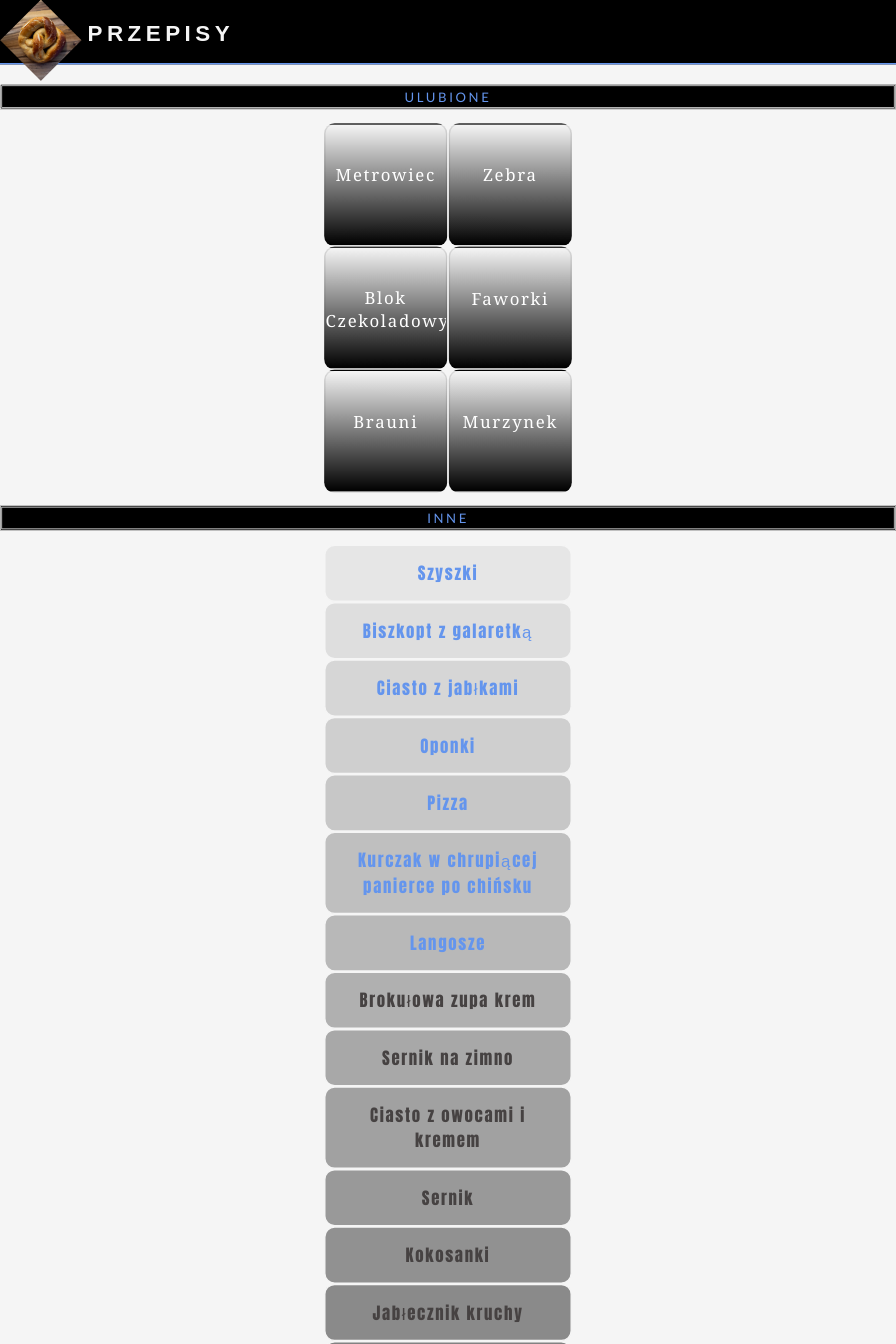
Repository: yaoayh/przepisy
Page: index.html
These files come from the project's save history. The page is drawn as it stood at one moment and after the next save; the edit follows.
The browser window is 1280 px wide. The pictures show the part of the page from y = 0 to 1920 px (the page is 3159 px tall before and 3164 px after), at 70% of full size.

Above is the page before, as saved 2020-08-14 00:28:37.

### index.html
<!DOCTYPE html>
<html>
    <head>
        <title>Przepisy</title>

        <meta charset="UTF-8">
        <meta name="viewport" content="width=device-width,
        initial-scale=1.0">
        <meta name="author" content="Dawid Litwin">

        <link rel="shortcut icon" href="images/icon.jpg">

        <link href="css/styles.css" type="text/css"
        rel="stylesheet" />
    </head>

    <body>
        <!--                HEADER                           -->
        <div id="header">
            <div class="picture">
                <a href="#top"><img src="images/precel.jpg" alt="precel"
                title="obrazek przedstawiajacy precel"
                width= "82,8" height= "82,8"></a>
            </div>
        <h1>Przepisy</h1>
        </div>


        <!--                    INFO 1                       -->

        <div class="info_Nr1">
            <h3>Ulubione</h3>
        </div>
        <!--                    SQARES                       -->

        <form class="head_Sqares">
            <!----------------------------------------------------------------------------------------------------------------------------------------------------------------------->
            <a class="m1" href="podstrony/metrowiec.html">
            <div class="sqares_Left">
                <p class="first_Choice">Metrowiec
                </p>
            </div></a>
            <a href="podstrony/Zebra.htm">
            <div class="sqares_Right">
                <p>Zebra</p>
            </div></a>
            <!---->
            <a href="podstrony/blok_Czekoladowy.html"><div class="sqares_Left">
                <p class="bigger">Blok Czekoladowy</p>
            </div></a>
            <a href="podstrony/faworki.html"><div class="sqares_Right">
                <p>Faworki</p>
            </div></a>
            <!---->
            <a href="podstrony/brauni.html"> <div class="sqares_Left">
                <p>Brauni</p>
            </div></a>
            <a href="podstrony/murzynek.html"><div class="sqares_Right">
                <p>Murzynek</p>
            </div></a>
            <!----------------------------------------------------------------------------------------------------------------------------------------------------------------------->
        </form>
        <div class="info_Nr2">
            <h3>Inne</h3>
        </div>
        <!--            CZEŚĆ DRUGA                          -->

        <form class="main2">
            <a href="podstrony/szyszki.html"><div class="n1"><p class="p1">Szyszki</p></div></a>
            <a href="podstrony/biszkopt_z_galaretką.html"><div class="n2"><p class="p1">Biszkopt z galaretką</p></div></a>
            <a href="podstrony/ciasto_z_jablkami.html"><div class="n3"><p class="p1">Ciasto z jabłkami</p></div></a>
            <a href="podstrony/oponki.html"><div class="n4"><p class="p1">Oponki</p></div></a>
            <a href="podstrony/pizza.html"><div class="n5"><p class="p1">Pizza</p></div></a>
            <a href="podstrony/kurczak_po_chinsku.html"><div class="n6"><p class="p1">Kurczak w chrupiącej panierce po chińsku</p></div></a>
            <a href="podstrony/langosze.html"><div class="n7"><p class="p1">Langosze</p></div></a>
            <a href="podstrony/brokulowa_zupa_krem.html"><div class="n8"><p class="p1_Shadow">Brokułowa zupa krem</p></div></a>
            <a href="podstrony/sernik_na_zimno.html"><div class="n9"><p class="p1_Shadow">Sernik na zimno</p></div></a>
            <a href="podstrony/ciasto_z_owocami_i_kremem.html"><div class="n10"><p class="p1_Shadow">Ciasto z owocami i kremem</p></div></a>
            <a href="podstrony/sernik.html"><div class="n11"><p class="p1_Shadow">Sernik</p></div></a>
            <a href="podstrony/kokosanki.html"><div class="n12"><p class="p1_Shadow">Kokosanki</p></div></a>
            <a href="podstrony/jablecznik_kruchy.html"><div class="n13"><p class="p1_Shadow">Jabłecznik kruchy</p></div></a>
            <a href="podstrony/ciasto_kasi.html"><div class="n14"><p class="p1_Shadow">Ciasto Kasi</p></div></a>
            <a href="podstrony/ciasto_ucierane.html"><div class="n15"><p class="p1">Ciasto ucierane z owocami</p></div></a>
            <a href="podstrony/gofry.html"><div class="n16"><p class="p1">Gofry</p></div></a>
            <a href="podstrony/brauni.html"><div class="n17"><p class="p1">Brauni Kasi</p></div></a>
            <a href="podstrony/salatka_francuska.html"><div class="n18"><p class="p1">Sałatka francuska</p></div></a>
            <a href="podstrony/botwina.html"><div class="n19"><p class="p1">Botwina</p></div></a>
            <a href="podstrony/nalewka.html"><div class="n20"><p class="p1">Nalewka</p></div></a>
            <a href="podstrony/salatka_zolta.html"><div class="n21"><p class="p1">Sałatka żółta</p></div></a>
            <a href="podstrony/ogorki_konserwowe.html"><div class="n22"><p class="p1">Ogórki konserwowe</p></div></a>
            <a href="podstrony/zacierki.html"><div class="n23"><p class="p1">Zacierki</p></div></a>
            <div class="n24"><p class="p1">Zupa serowa z pulpetami</p></div>
            <a href="podstrony/sos_beszamelowy_zapiekany.html"><div class="n25"><p class="p1">Sos beszamelowy Zapiekany</p></div></a>
            <a href="podstrony/kurczak_z_antylii.html">
                <div class="n26">
                    <p class="p1">Kurczak z Antylii</p>
                </div>
            </a>
            <br>

        </form>
        <br><br><br>

        <!--            PRAWA AUTORIESKIE                    -->

        <form class="bottom">
            <strong> <q>Precel</q>
                by <a class="a_Bottom" href="https://www.flickr.com/photos/ajay_suresh/">ajay_suresh</a>
        </strong>
        </form>


    </body>
</html>

### css/styles.css

html{overflow: scroll;}
body {
    height: auto;
	margin: 0px;
    background-color: whitesmoke;
}

/*                      Nagłówek                    */
body.body_Undersite{
    padding: 5px;
}
#header {
    top: 0px;
    width: 100%;
    height: 90px;
    position: fixed;
    background-color: black;
    border-bottom: 2px solid cornflowerblue;}

.picture{
    margin: 16px;
    float: left;
    width: 82px;
    transform: rotate(45deg);}

h1 {
    text-transform: uppercase;
    font-family: Arial, Helvetica, sans-serif;
    letter-spacing: 0.2em;
    font-style: normal;
    color: whitesmoke;
    padding: 30px 30px 30px 15px;
    margin-left: 110px;
    margin-top: 0px;}


/*                  CZESC II                    */
form.main2{
    margin: auto;
    height: auto; /*531px;*/
    width: 354px;/*354px;*/
    background-color: whitesmoke;
    padding: 5px;}
.info_Nr1, .info_Nr2{
    background-color: black;
    border: 12px 12px 12px 12px;
    border-color: white;
    border-style: double;
    text-align: center;
    margin-top: 120px;
    margin-bottom: 15px;
}

h3 {
    font-weight: normal;
    color: cornflowerblue;
    font-family: "Gill Sans", Arial, sans-serif;
    text-transform: uppercase;
    text-align: center;
    padding: 4px;
    margin: 0px;
    letter-spacing: 0.2em;}

/*                      BLOKI                   */

form.head_Sqares {
    margin: auto;
    height: 531px; /*531px;*/
    width: 354px;/*354px;*/
    background-color: whitesmoke;
    padding: 5px;}

.sqares_Left, .sqares_Right {
    text-decoration: none;
    border-radius: 15px;
    width: 172px;
    height: 172px;
    background-image: linear-gradient(whitesmoke, black);
    color: white;
    margin-top: 0px;
    overflow: auto;
    border: 2px solid rgba(0, 0, 0, .1);

}
.sqares_Left{
    float: left;
    }
/* .first_Choice{color: cornflowerblue;} */
.sqares_Right{
    float: right ;
    clear: right;}
p {

    border-radius: 5px;
    text-decoration: none;
    padding-top: 55px;
    text-align: center;
    font-family: Georgia, 'Times New Roman', Times, serif;
    font-size: x-large;
    letter-spacing: 0.10em;
    margin:0px;}
p.p1_Shadow{padding: 21px; color: rgb(70, 66, 66);
    font-family: Impact, Haettenschweiler, 'Arial Narrow Bold', sans-serif;
text-decoration: none;}
p.p1{
    font-family: Impact, Haettenschweiler, 'Arial Narrow Bold', sans-serif;
    text-decoration: none;
    padding: 21px;
    color: cornflowerblue;}
#bigger {
    font-size: 9px;
    padding: 0px 0px;}
.info_Nr2 {margin-top: 10px;}

.n1,.n2,.n3,.n4,.n5,.n6,.n7,.n8,.n9,.n10,.n11,.n12,.n13,.n14,.n15,.n16,.n17,.n18,.n19,.n20,.n21,.n22,.n23,.n24,.n25,.n26,.n27{
    border-radius: 15px;
    border: 2px solid whitesmoke;
    clear: both;}
div.n1 {

    background-color: hsl(0, 0%, 90%);
}
.n2{
    background-color: hsl(0,0%,87%);
}
.n3{
    background-color: hsl(0, 0%, 84%);
}
.n4{
    background-color: hsl(0, 0%, 81%);
}
.n5{
    background-color: hsl(0, 0%, 78%);
}
.n6{
    background-color: hsl(0, 0%, 75%);
}
.n7{
    background-color: hsl(0, 0%, 72%);
}
.n8{
    background-color: hsl(0, 0%, 69%);
}
.n9{
    background-color: hsl(0, 0%, 66%);
}
.n10{
    background-color: hsl(0, 0%, 63%);
}
.n11{
    background-color: hsl(0, 0%, 60%);
}
.n12{
    background-color: hsl(0, 0%, 57%);
}
.n13{
    background-color: hsl(0, 0%, 54%);
}
.n14{
    background-color: hsl(0, 0%, 51%);
}
.n15{
    background-color: hsl(0, 0%, 48%);
}
.n16{
    background-color: hsl(0, 0%, 45%);
}
.n17{
    background-color: hsl(0, 0%, 42%);
}
.n18{
    background-color: hsl(0, 0%, 39%);
}
.n19{
    background-color: hsl(0, 0%, 36%);
}
.n20{
    background-color: hsl(0, 0%, 33%);
}
.n21{
    background-color: hsl(0, 0%, 30%);
}
.n22{
    background-color: hsl(0, 0%, 27%);
}
.n23{
    background-color: hsl(0, 0%, 24%);
}
.n24{
    background-color: hsl(0, 0%, 21%);
}
.n25{
    background-color: hsl(0, 0%, 18%);
}
.n26{
    background-color: hsl(0, 0%, 15%);
}
.n27{background-color: hsl(0, 0%, 12%);}


/*                  PRAWA AUTORSKIE             */
.a_Bottom {
    text-decoration: none;
    color: white;
    text-decoration-line: underline;
}
.bottom {
    padding: 5px;
    text-decoration: none;
    background-color: black;
    color: white;
}
/**************************************************************************************/

#header_Undersite {
    top: 0px;
    width: 100%;
    height: 90px;
    position: fixed;
    background-color: black;
    border-bottom: 2px solid cornflowerblue;}
h1.h1_Undersite {
    letter-spacing: 0.15em;
}

a.m1:visited{
    color: cornflowerblue;
}
a {

    text-decoration: whitesmoke;

}
a:visited{
    color: whitesmoke;
}
a:hover{
    text-decoration: none;
    background-color: aquamarine;
    color: cyan;
}
td{
    font-size: large;
    text-decoration: solid;
    font-family: Arial, Helvetica, sans-serif;
    padding: 5px;
    background-color: cornflowerblue;
    border-radius: 5px;

}
form.form_Undersite{
    margin-top: 120px;
    background-color: rgb(245, 245, 245);
}
.name{
    max-width: 400px;
    border-radius: 35px;
    border: 8px double cornflowerblue;
    background-color: hsl(245,0%,95%);
    padding: 5px 0px 5px 5px;
    margin: 5px;}

h2 {
    text-align: left;
    font-size: x-large;
    text-transform: uppercase;
    font-family: Arial, Helvetica, sans-serif;
    letter-spacing: 0.2em;
    font-style: normal;
    color: whitesmoke;
    padding: 30px;
    border: 1px solid cornflowerblue;
    border-radius: 0px 20px 20px 0px;
    max-width: 120px;
    background-color: cornflowerblue;
    }
table {

    margin-right: 0px;
    padding: 10px 0px 10px 0px;
}
tr{
    empty-cells: hide;
}
td {
    width: 60px;
    background-color: hsl(0,0%,87%);
    border-radius: 10px;
    padding: 10px 5px 10px 10px;
    text-align: right;
    font-weight: bold;
}
td.table2{
    width: auto;
    background-color: cornflowerblue;
    border-radius: 50px;
    font-weight: normal;
    padding: 10px 10px 10px 10px;
    text-align: left;
}
ol{
    padding: 10px 0px 10px 0px;
    margin: 25px;
    border-radius: 20px;
    background-color: hsl(0,0%,87%);
}
li {

    font-family: Arial, Helvetica, sans-serif;
    font-size: large;
    padding: 15px 5px 10px 5px;
}
.ps{
    background-color: hsl(0,0%,87%);
    margin: 5px;
    border: 4px double cadetblue;
    border-radius: 5px;
    padding: 5px;
}

After the next save:
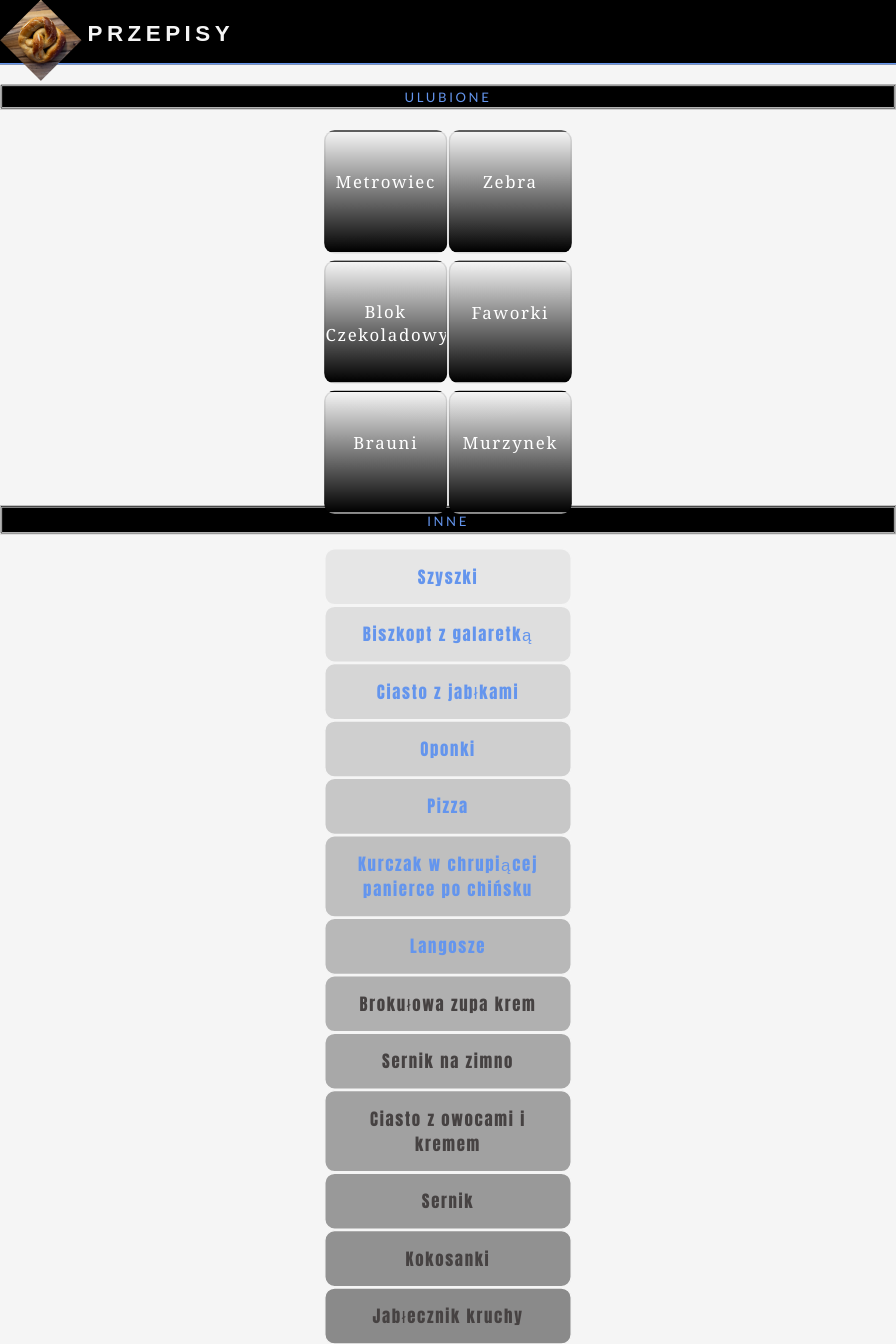
Saved 6 s later.
--- a/css/styles.css
+++ b/css/styles.css
@@ -78,7 +78,7 @@
     height: 172px;
     background-image: linear-gradient(whitesmoke, black);
     color: white;
-    margin-top: 0px;
+    margin-top: 10px;
     overflow: auto;
     border: 2px solid rgba(0, 0, 0, .1);
 

After the 2 saves that followed:
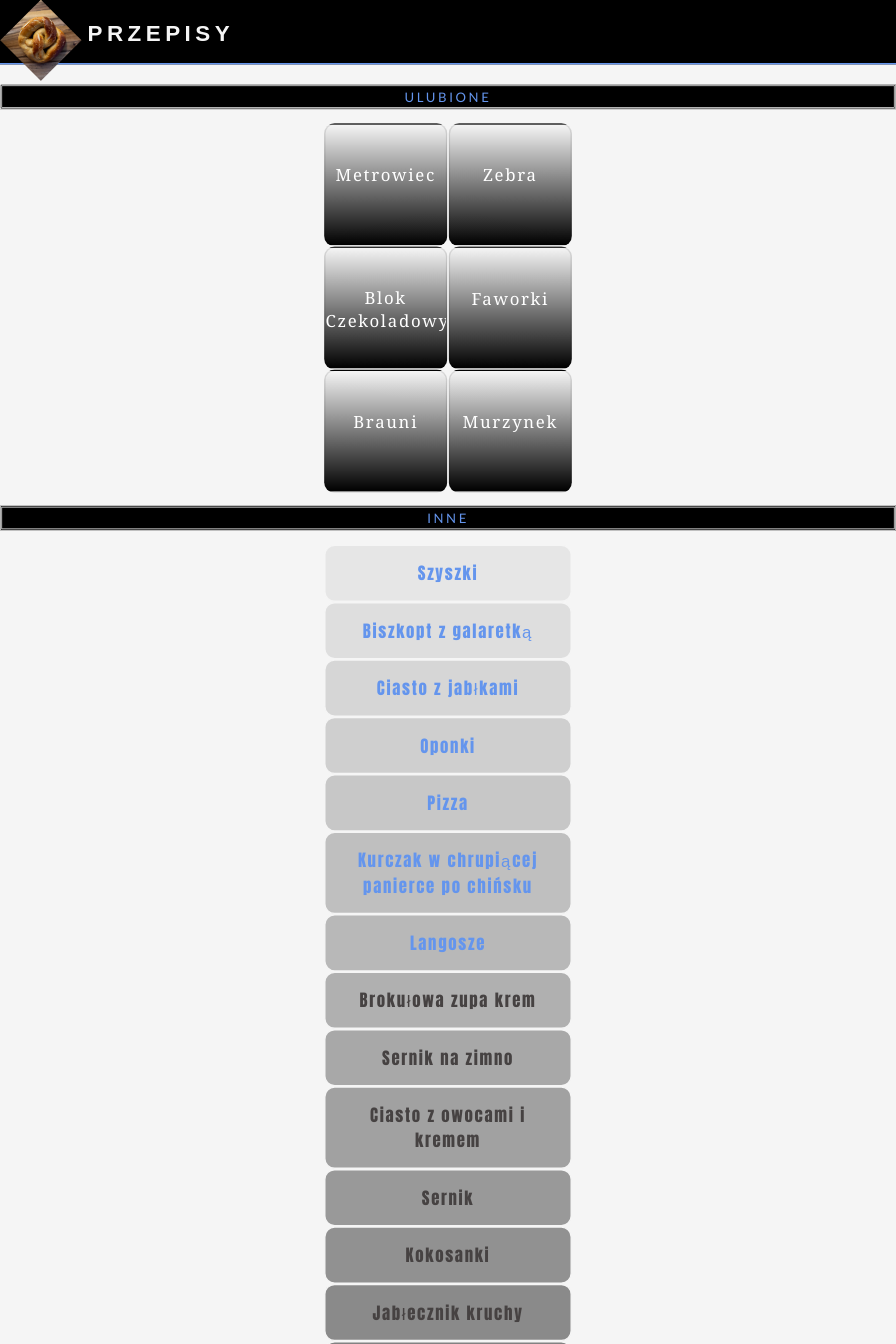
The 2 saves are shown as one change because they came seconds apart.
The last was saved 8 s later.
--- a/css/styles.css
+++ b/css/styles.css
@@ -78,7 +78,7 @@
     height: 172px;
     background-image: linear-gradient(whitesmoke, black);
     color: white;
-    margin-top: 10px;
+    margin-top: 0px;
     overflow: auto;
     border: 2px solid rgba(0, 0, 0, .1);
 
